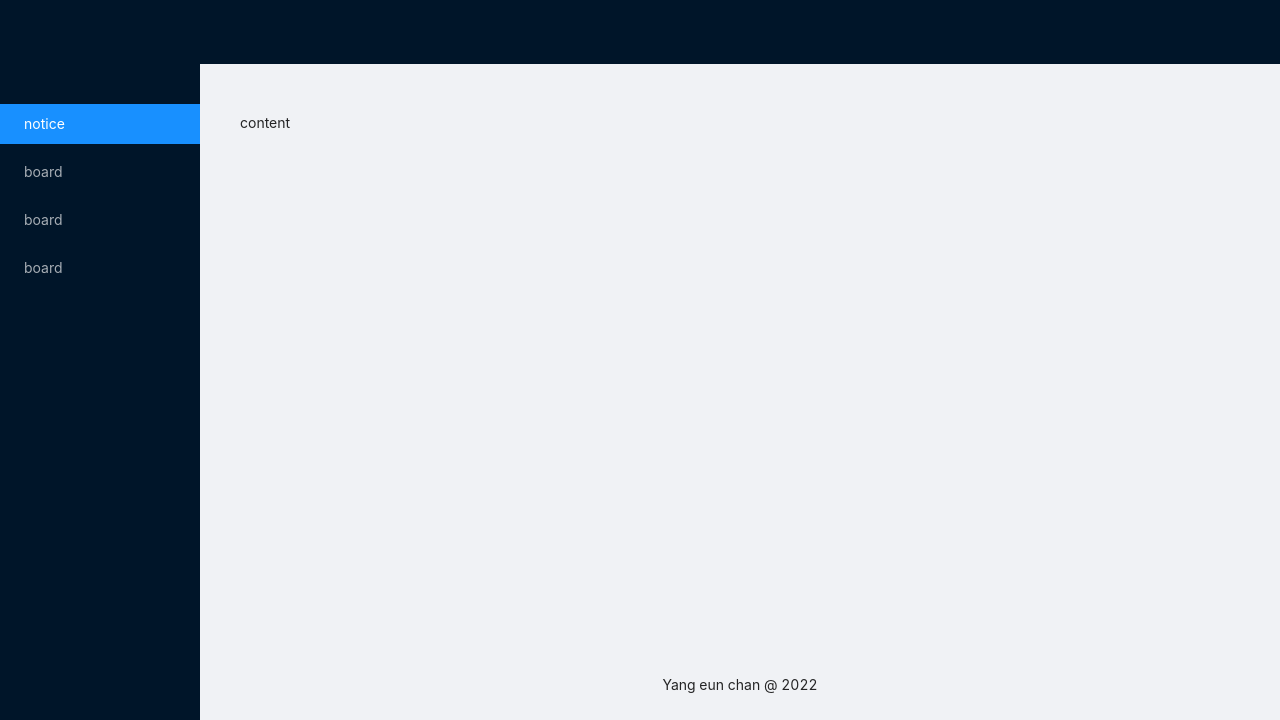
Repository: yangddoddi/community_react
Page: /
The author's editor kept a copy of each file at every save. The page is drawn from the files as they stood at one save, then again after a run of saves.
The browser window is 1280 px wide. The pictures show the whole page.
The project was rebuilt for these pictures with package versions that can differ from the ones it lists, and the page was loaded fresh each time.

Above is the page before, as saved 2022-08-17 02:39:54.

### src/App.js
import {
  UploadOutlined,
  UserOutlined,
  VideoCameraOutlined,
} from "@ant-design/icons";
import { Layout, Menu } from "antd";
import "antd/dist/antd.css";
import "./App.scss";
import React from "react";
import styled from "styled-components";
const { Header, Content, Footer, Sider } = Layout;

const LayoutStyled = styled(Layout)`
  height: 100%;
`;

const ContentStyled = styled(Content)`
  height: 100%;
`;

const MenuStyled = styled(Menu)`
  padding-top: 100px;
`;

const App = () => {
  const items = [
    { label: "notice", key: "1" },
    { label: "board", key: "2" },
    { label: "board", key: "3" },
    { label: "board", key: "4" },
  ];

  return (
    <LayoutStyled>
      <Sider
        breakpoint="lg"
        collapsedWidth="0"
        onBreakpoint={(broken) => {
          console.log(broken);
        }}
        onCollapse={(collapsed, type) => {
          console.log(collapsed, type);
        }}
      >
        <div className="logo" />
        <MenuStyled
          theme="dark"
          mode="inline"
          defaultSelectedKeys={["1"]}
          items={items}
        />
      </Sider>
      <Layout>
        <Header
          className="site-layout-sub-header-background"
          style={{
            padding: 0,
          }}
        />
        <ContentStyled
          style={{
            margin: "24px 16px 0",
          }}
        >
          <div
            className="site-layout-background"
            style={{
              padding: 24,
              minHeight: 360,
            }}
          >
            content
          </div>
        </ContentStyled>
        <Footer
          style={{
            textAlign: "center",
          }}
        >
          Yang eun chan @ 2022
        </Footer>
      </Layout>
    </LayoutStyled>
  );
};

export default App;

### src/App.scss
.site-layout-content {
    min-height: 280px;
    padding: 24px;
    background: #fff;
  }
  #components-layout-demo-top .logo {
    float: left;
    width: 120px;
    height: 31px;
    margin: 16px 24px 16px 0;
    background: rgba(255, 255, 255, 0.3);
  }
  .ant-row-rtl #components-layout-demo-top .logo {
    float: right;
    margin: 16px 0 16px 24px;
  }

  #root {
    height: 100%;
  }

Loaded but not shown: public/index.html (common file); src/index.js (common file); src/index.css (common file); src/reportWebVitals.js (common file)

After the next 2 saves:
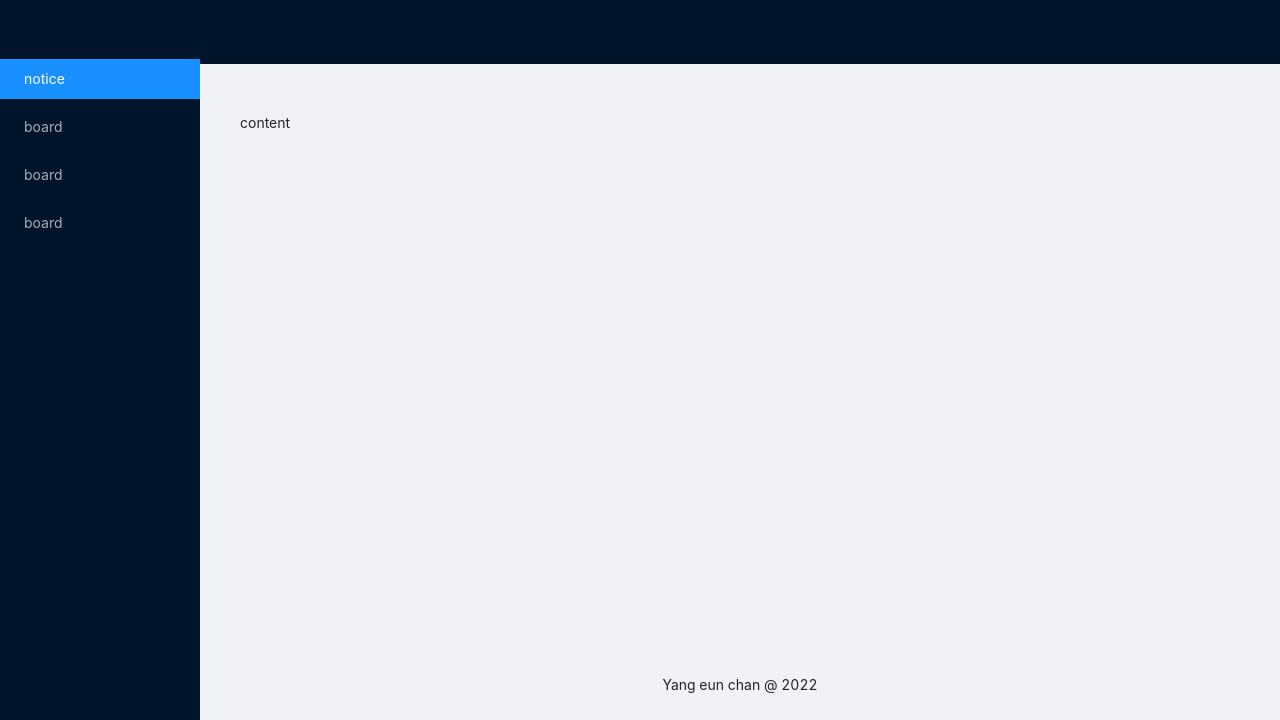
The 2 saves are shown as one change because they came seconds apart.
The last was saved 11 s later.
--- a/src/App.js
+++ b/src/App.js
@@ -19,7 +19,7 @@ const ContentStyled = styled(Content)`
 `;
 
 const MenuStyled = styled(Menu)`
-  padding-top: 100px;
+  padding-top: 55px;
 `;
 
 const App = () => {
